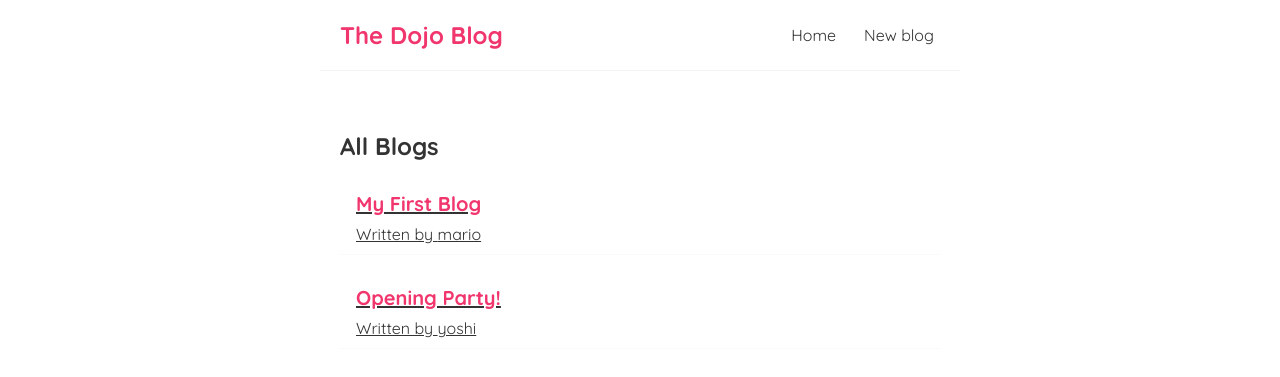
Repository: Samkiroko/full-reacr-ninja
Page: /
An editor plug-in stored every save of this project. The page is shown before and after the next save, followed by the edit.
The browser window is 1280 px wide. The pictures show the whole page.
The project was rebuilt for these pictures with package versions that can differ from the ones it lists, and the page was loaded fresh each time. Requests to the local data server were answered from the project's data file. Also part of the build but not shown: src/Create.js, src/BlogDetails.js.

Above is the page before, as saved 2021-07-23 16:20:59.

### src/index.css
@import url('https://fonts.googleapis.com/css2?family=Quicksand:wght@300;400;500;600;700&display=swap');

/* base styles */

* {
    margin: 0;
    font-family: 'Quicksand';
    color: #333;
}

.navbar {
    padding: 20px;
    display: flex;
    align-items: center;
    max-width: 600px;
    margin: 0 auto;
    border-bottom: 1px solid #f2f2f2;
}

.navbar h1 {
    color: #f1356d;
}

.navbar .links {
    margin-left: auto;
}

.navbar a {
    margin-left: 16px;
    text-decoration: none;
    padding: 6px;
}

.navbar a:hover {
    color: #f1356d;
}

.content {
    max-width: 600px;
    margin: 40px auto;
    padding: 20px;
}


/* blog previews / list */

.blog-preview {
    padding: 10px 16px;
    margin: 20px 0;
    border-bottom: 1px solid #fafafa;
}

.blog-preview:hover {
    box-shadow: 1px 3px 5px rgba(0, 0, 0, 0.1);
}

.blog-preview h2 {
    font-size: 20px;
    color: #f1356d;
    margin-bottom: 8px;
}

### src/App.js
import Home from './Home'
import Navbar from './Navbar'
import { BrowserRouter as Router, Route, Switch } from 'react-router-dom'
import Create from './Create'
import BlogDetails from './BlogDetails'

function App() {
  return (
    <Router>
      <div className='App'>
        <Navbar />
        <div className='content'>
          <Switch>
            <Route exact path='/' component={Home} />
            <Route exact path='/create' component={Create} />
            <Route exact path='/blog/:id' component={BlogDetails} />
          </Switch>
        </div>
      </div>
    </Router>
  )
}

export default App

### src/Home.js
import BlogList from './BlogList'
import useFetch from './useFetch'

const Home = () => {
  const { data: blogs, loading, error } = useFetch(' http://localhost:8000/blogs')

  return (
    <div className='home'>
      {error && <div>{error}</div>}
      {loading && <div className='loading'>Loading...</div>}
      {blogs && <BlogList blogs={blogs} title='All Blogs' />}
    </div>
  )
}

export default Home

### src/Navbar.js
import React from 'react'
import { Link } from 'react-router-dom'

const Navbar = () => {
  return (
    <nav className='navbar'>
      <h1>The Dojo Blog</h1>
      <div className='links'>
        <Link to='/'>Home</Link>
        <Link to='/create'>New blog</Link>
      </div>
    </nav>
  )
}

export default Navbar

### src/BlogList.js
import { Link } from 'react-router-dom'

const BlogList = ({ blogs, title }) => {
  return (
    <div className='blog-list'>
      <h2>{title}</h2>
      {blogs.map((blog) => (
        <div className='blog-preview' key={blog.id}>
          <Link to={`/blogs/${blog.id}`}>
            <h2>{blog.title}</h2>
            <p>Written by {blog.author}</p>
          </Link>
        </div>
      ))}
    </div>
  )
}

export default BlogList

### src/useFetch.js
import { useState, useEffect } from 'react'

const useFetch = (url) => {
  const [data, setData] = useState(null)
  const [loading, setLoading] = useState(true)
  const [error, setError] = useState(null)

  useEffect(() => {
    const abortCont = new AbortController()
    fetch(url, { signal: abortCont.signal })
      .then((res) => {
        if (!res.ok) {
          throw Error('could not fetch form the database')
        }
        return res.json()
      })
      .then((data) => {
        setData(data)
        setLoading(false)
        setError(null)
      })
      .catch((err) => {
        if (err.name === 'AbortError') {
          console.log('fetch aborted')
        } else {
          setLoading(false)
          setError(err.message)
        }
      })
    return () => abortCont.abort()
  }, [url])
  return { data, loading, error }
}
export default useFetch

### data/db.json
{
    "blogs": [{
            "title": "My First Blog",
            "body": "Why do we use it?\nIt is a long established fact that a reader will be distracted by the readable content of a page when looking at its layout. The point of using Lorem Ipsum is that it has a more-or-less normal distribution of letters, as opposed to using 'Content here, content here', making it look like readable English. Many desktop publishing packages and web page editors now use Lorem Ipsum as their default model text, and a search for 'lorem ipsum' will uncover many web sites still in their infancy. Various versions have evolved over the years, sometimes by accident, sometimes on purpose (injected humour and the like).\n\n\nWhere does it come from?\nContrary to popular belief, Lorem Ipsum is not simply random text. It has roots in a piece of classical Latin literature from 45 BC, making it over 2000 years old. Richard McClintock, a Latin professor at Hampden-Sydney College in Virginia, looked up one of the more obscure Latin words, consectetur, from a Lorem Ipsum passage, and going through the cites of the word in classical literature, discovered the undoubtable source. Lorem Ipsum comes from sections 1.10.32 and 1.10.33 of \"de Finibus Bonorum et Malorum\" (The Extremes of Good and Evil) by Cicero, written in 45 BC. This book is a treatise on the theory of ethics, very popular during the Renaissance. The first line of Lorem Ipsum, \"Lorem ipsum dolor sit amet..\", comes from a line in section 1.10.32.\n\nThe standard chunk of Lorem Ipsum used since the 1500s is reproduced below for those interested. Sections 1.10.32 and 1.10.33 from \"de Finibus Bonorum et Malorum\" by Cicero are also reproduced in their exact original form, accompanied by English versions from the 1914 translation by H. Rackham.\n\nWhere can I get some?\nThere are many variations of passages of Lorem Ipsum available, but the majority have suffered alteration in some form, by injected humour, or randomised words which don't look even slightly believable. If you are going to use a passage of Lorem Ipsum, you need to be sure there isn't anything embarrassing hidden in the middle of text. All the Lorem Ipsum generators on the Internet tend to repeat predefined chunks as necessary, making this the first true generator on the Internet. It uses a dictionary of over 200 Latin words, combined with a handful of model sentence structures, to generate Lorem Ipsum which looks reasonable. The generated Lorem Ipsum is therefore always free from repetition, injected humour, or non-characteristic words etc.",
            "author": "mario",
            "id": 1
        },
        {
            "title": "Opening Party!",
            "body": "Why do we use it?\nIt is a long established fact that a reader will be distracted by the readable content of a page when looking at its layout. The point of using Lorem Ipsum is that it has a more-or-less normal distribution of letters, as opposed to using 'Content here, content here', making it look like readable English. Many desktop publishing packages and web page editors now use Lorem Ipsum as their default model text, and a search for 'lorem ipsum' will uncover many web sites still in their infancy. Various versions have evolved over the years, sometimes by accident, sometimes on purpose (injected humour and the like).\n\n\nWhere does it come from?\nContrary to popular belief, Lorem Ipsum is not simply random text. It has roots in a piece of classical Latin literature from 45 BC, making it over 2000 years old. Richard McClintock, a Latin professor at Hampden-Sydney College in Virginia, looked up one of the more obscure Latin words, consectetur, from a Lorem Ipsum passage, and going through the cites of the word in classical literature, discovered the undoubtable source. Lorem Ipsum comes from sections 1.10.32 and 1.10.33 of \"de Finibus Bonorum et Malorum\" (The Extremes of Good and Evil) by Cicero, written in 45 BC. This book is a treatise on the theory of ethics, very popular during the Renaissance. The first line of Lorem Ipsum, \"Lorem ipsum dolor sit amet..\", comes from a line in section 1.10.32.\n\nThe standard chunk of Lorem Ipsum used since the 1500s is reproduced below for those interested. Sections 1.10.32 and 1.10.33 from \"de Finibus Bonorum et Malorum\" by Cicero are also reproduced in their exact original form, accompanied by English versions from the 1914 translation by H. Rackham.\n\nWhere can I get some?\nThere are many variations of passages of Lorem Ipsum available, but the majority have suffered alteration in some form, by injected humour, or randomised words which don't look even slightly believable. If you are going to use a passage of Lorem Ipsum, you need to be sure there isn't anything embarrassing hidden in the middle of text. All the Lorem Ipsum generators on the Internet tend to repeat predefined chunks as necessary, making this the first true generator on the Internet. It uses a dictionary of over 200 Latin words, combined with a handful of model sentence structures, to generate Lorem Ipsum which looks reasonable. The generated Lorem Ipsum is therefore always free from repetition, injected humour, or non-characteristic words etc.",
            "author": "yoshi",
            "id": 2
        }
    ]
}

Loaded but not shown: public/index.html (common file); src/index.js (common file)

After the next save:
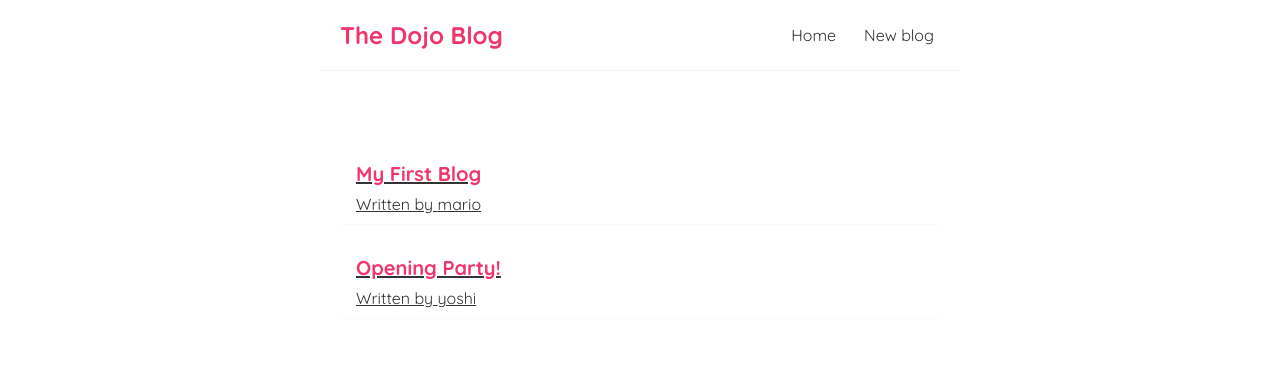
Saved 94 s later.
--- a/src/BlogList.js
+++ b/src/BlogList.js
@@ -1,9 +1,8 @@
 import { Link } from 'react-router-dom'
 
-const BlogList = ({ blogs, title }) => {
+const BlogList = ({ blogs }) => {
   return (
     <div className='blog-list'>
-      <h2>{title}</h2>
       {blogs.map((blog) => (
         <div className='blog-preview' key={blog.id}>
           <Link to={`/blogs/${blog.id}`}>
